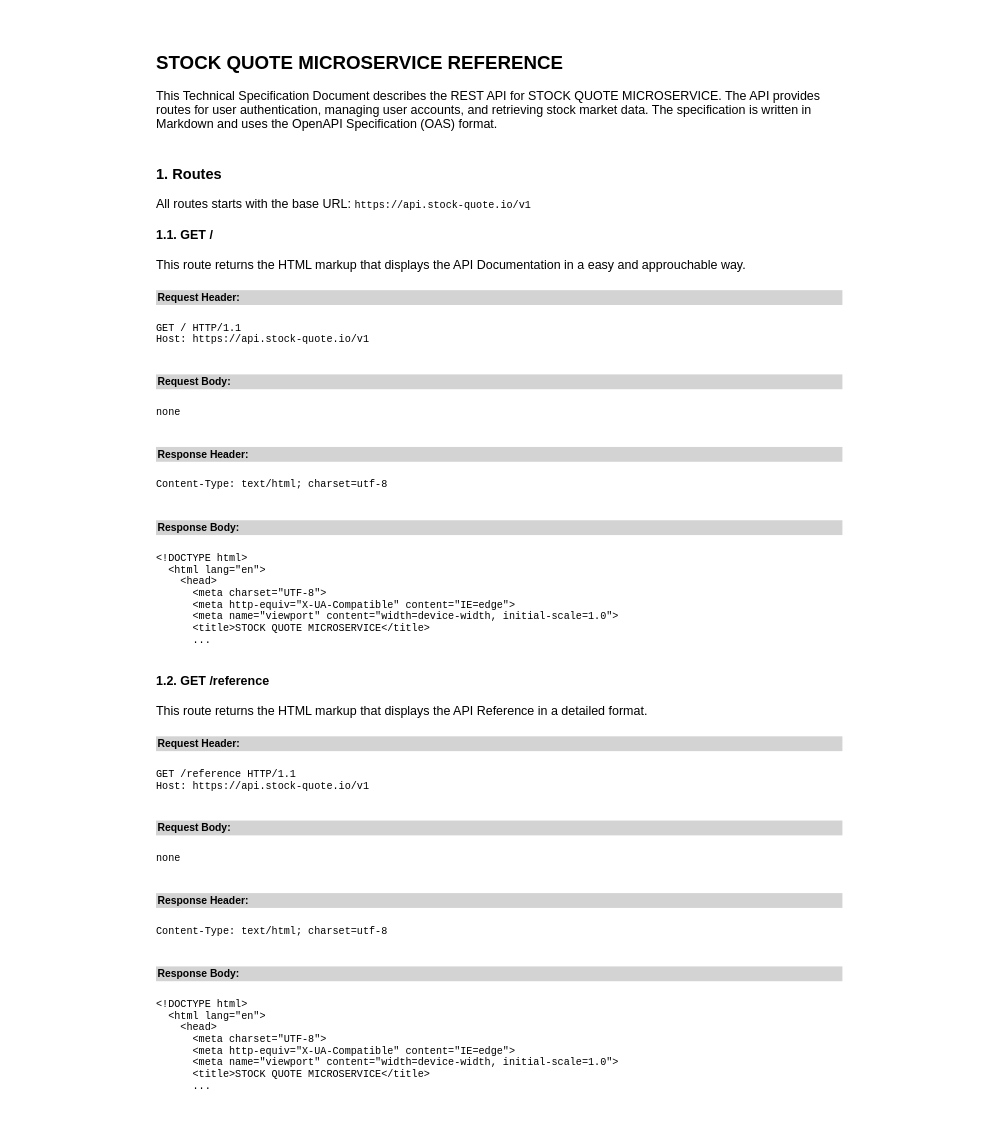
Repository: miguelamello/nest-js
Page: stock-service/reference.html
The author's editor kept a copy of each file at every save. The page is drawn from the files as they stood at one save, then again after the next save.
The browser window is 1280 px wide. The pictures show the whole page, at 78% of full size.

Above is the page before, as saved 2023-04-03 13:53:40.

After the next save:
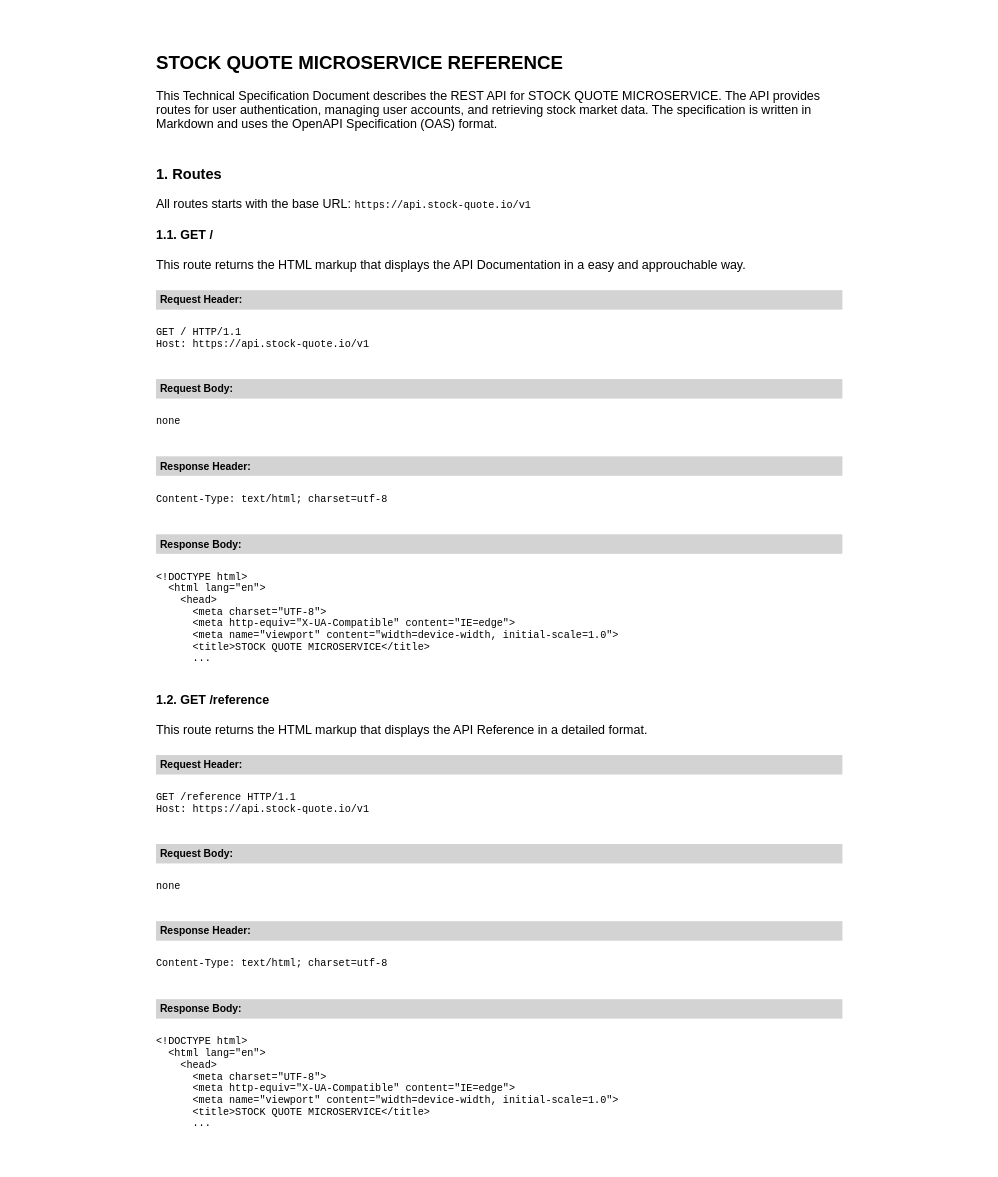
Saved 8 s later.
--- a/stock-service/reference.html
+++ b/stock-service/reference.html
@@ -14,7 +14,7 @@
       margin-top: 5%;
     }
     H5 {
-      padding: 2px;
+      padding: 5px;
       background-color: lightgrey;
     }
     pre {
